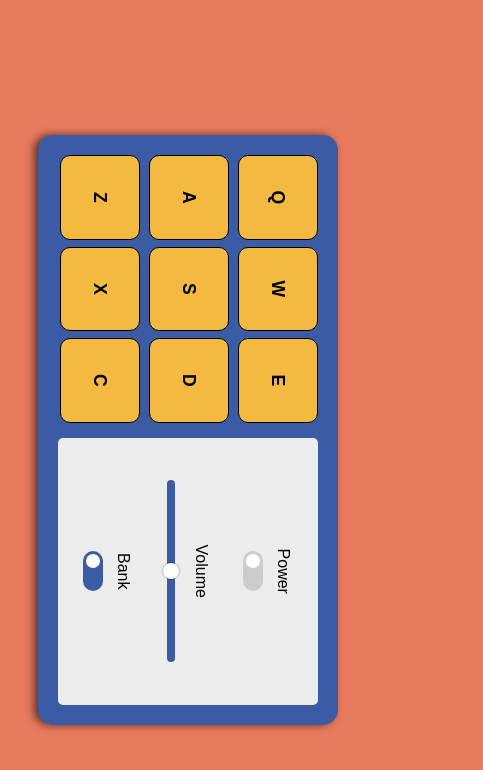
Repository: alfredoleano/drum-machine
Page: /
These files come from the project's save history. The page is drawn as it stood at one moment and after the next save; the edit follows.
The browser window is 375 px wide. The page is 375 px wide, then 483 px, so the pictures cover 483 px, including what lies to the right of the window. The pictures show the whole page.
The project was rebuilt for these pictures with package versions that can differ from the ones it lists, and the page was loaded fresh each time.

Above is the page before, as saved 2024-06-14 13:34:26.

After the next save:
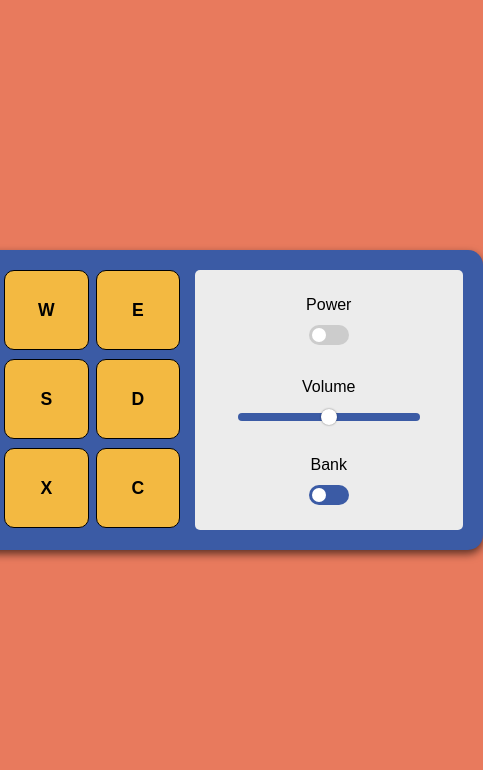
Saved 31 s later.
--- a/src/styles.scss
+++ b/src/styles.scss
@@ -273,9 +273,9 @@ input[type="range"]::-ms-track {
     position: absolute;
     width: 85vh; /* Adjusted width to fit within viewport height when rotated */
     height: 80vw; /* Adjusted height to fit within viewport width when rotated */
-    left: 50%; /* Centers the element horizontally */
-    top: 50%;  /* Centers the element vertically */
-    transform: translate(-50%, -50%) rotate(90deg); /* Adjusts positioning and rotates */
-    transform-origin: center center;
+    // left: 50%; /* Centers the element horizontally */
+    // top: 50%;  /* Centers the element vertically */
+    // transform: translate(-50%, -50%) rotate(90deg); /* Adjusts positioning and rotates */
+    // transform-origin: center center;
   }
 }
